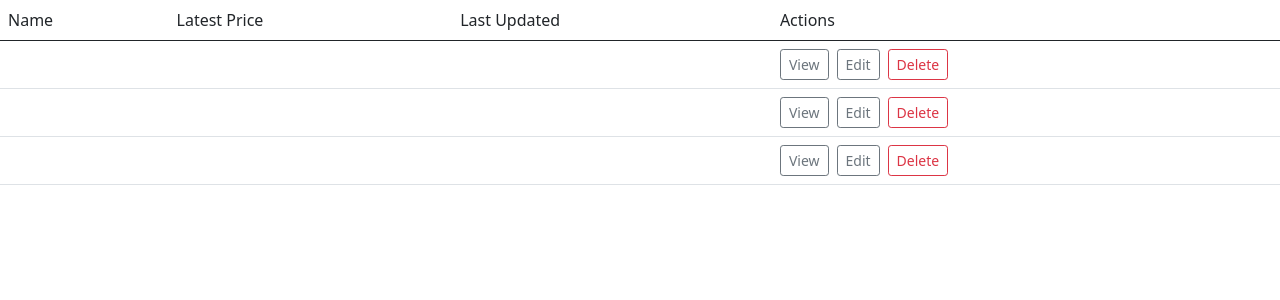
Repository: tHEO2k17/inventory-manager
Page: /
The author's editor kept a copy of each file at every save. The page is drawn from the files as they stood at one save, then again after the next save.
The browser window is 1280 px wide. The pictures show the whole page.
The project was rebuilt for these pictures with package versions that can differ from the ones it lists, and the page was loaded fresh each time.

Above is the page before, as saved 2021-08-31 07:43:07.

### src/index.tsx
import React from 'react';
import ReactDOM from 'react-dom';
import './index.scss';
import App from './presentation/App';

ReactDOM.render(
  <React.StrictMode>
    <App />
  </React.StrictMode>,
  document.getElementById('root')
);

### src/presentation/App.tsx
import ProductsPage from './pages/ProductsPage';

export default function App() {
  return ( <ProductsPage/> );
}

### src/presentation/pages/ProductsPage.tsx
import { Component } from "react"
import { Table } from "react-bootstrap";
import { mock } from "../../core/mock";
import Product from "../components/Product";

export default class ProductsPage extends Component {
    constructor(props: any) {
        super(props);
    }

    render() {
        return (
            <>
                <Table>
                    <thead>
                        <tr>
                            <td>Name</td>
                            <td>Latest Price</td>
                            <td>Last Updated</td>
                            <td>Actions</td>
                        </tr>
                    </thead>
                    <tbody>
                        {
                            mock.products.map(product => <Product key={product.id} product={product} />)
                        }
                    </tbody>
                </Table>
            </>
        );
    }
}

### src/core/mock.ts
export const mock = {
    "products": [
        {
            "id": 1,
            "name": "Exforge 10mg",
            "prices": [
                {
                    "id": 1,
                    "price": 10.99,
                    "date": "2019-01-01T17:16:32+00:00"
                },
                {
                    "id": 2,
                    "price": 9.20,
                    "date": "2018-11-01T17:16:32+00:00"
                }
            ]
        },
        {
            "id": 2,
            "name": "Exforge 20mg",
            "prices": [
                {
                    "id": 3,
                    "price": 12.00,
                    "date": "2019-01-01T17:16:32+00:00"
                },
                {
                    "id": 4,
                    "price": 13.20,
                    "date": "2018-11-01T17:16:32+00:00"
                }
            ]
        },
        {
            "id": 3,
            "name": "Paracetamol 20MG",
            "prices": [
                {
                    "id": 5,
                    "price": 5.00,
                    "date": "2017-01-01T17:16:32+00:00"
                },
                {
                    "id": 6,
                    "price": 13.20,
                    "date": "2018-11-01T17:16:32+00:00"
                }
            ]
        }
    ]
};

### src/presentation/components/Product.tsx
import { Button } from "react-bootstrap"

const Product = (product: any) => {
    return (
        <tr>
            <td>{product.name}</td>
            <td>{product.name}</td>
            <td>{product.name}</td>
            <td>
                <Button size="sm" variant="outline-secondary">View</Button>
                <Button size="sm" variant="outline-secondary" className="mx-2">Edit</Button>
                <Button size="sm" variant="outline-danger">Delete</Button>
            </td>
        </tr>
    );

}

export default Product;

Loaded but not shown: public/index.html (common file); src/index.scss (common file)

After the next save:
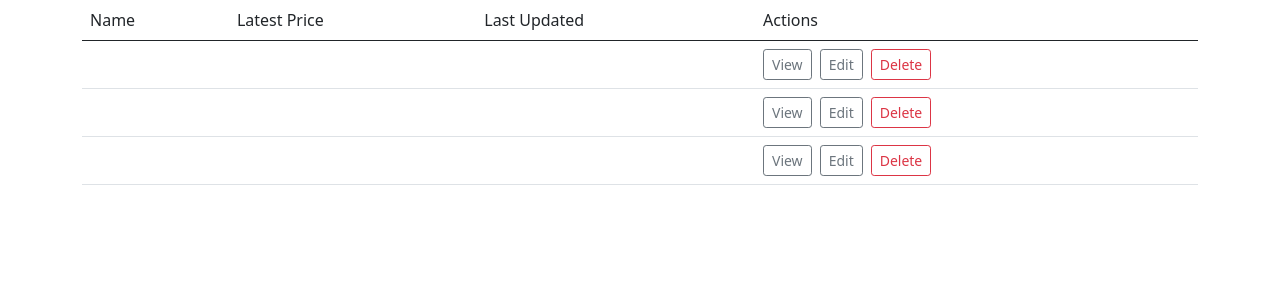
Saved 31 s later.
--- a/src/presentation/pages/ProductsPage.tsx
+++ b/src/presentation/pages/ProductsPage.tsx
@@ -1,5 +1,5 @@
 import { Component } from "react"
-import { Table } from "react-bootstrap";
+import { Container, Table } from "react-bootstrap";
 import { mock } from "../../core/mock";
 import Product from "../components/Product";
 
@@ -10,7 +10,7 @@ export default class ProductsPage extends Component {
 
     render() {
         return (
-            <>
+            <Container>
                 <Table>
                     <thead>
                         <tr>
@@ -26,7 +26,7 @@ export default class ProductsPage extends Component {
                         }
                     </tbody>
                 </Table>
-            </>
+            </Container>
         );
     }
 }
